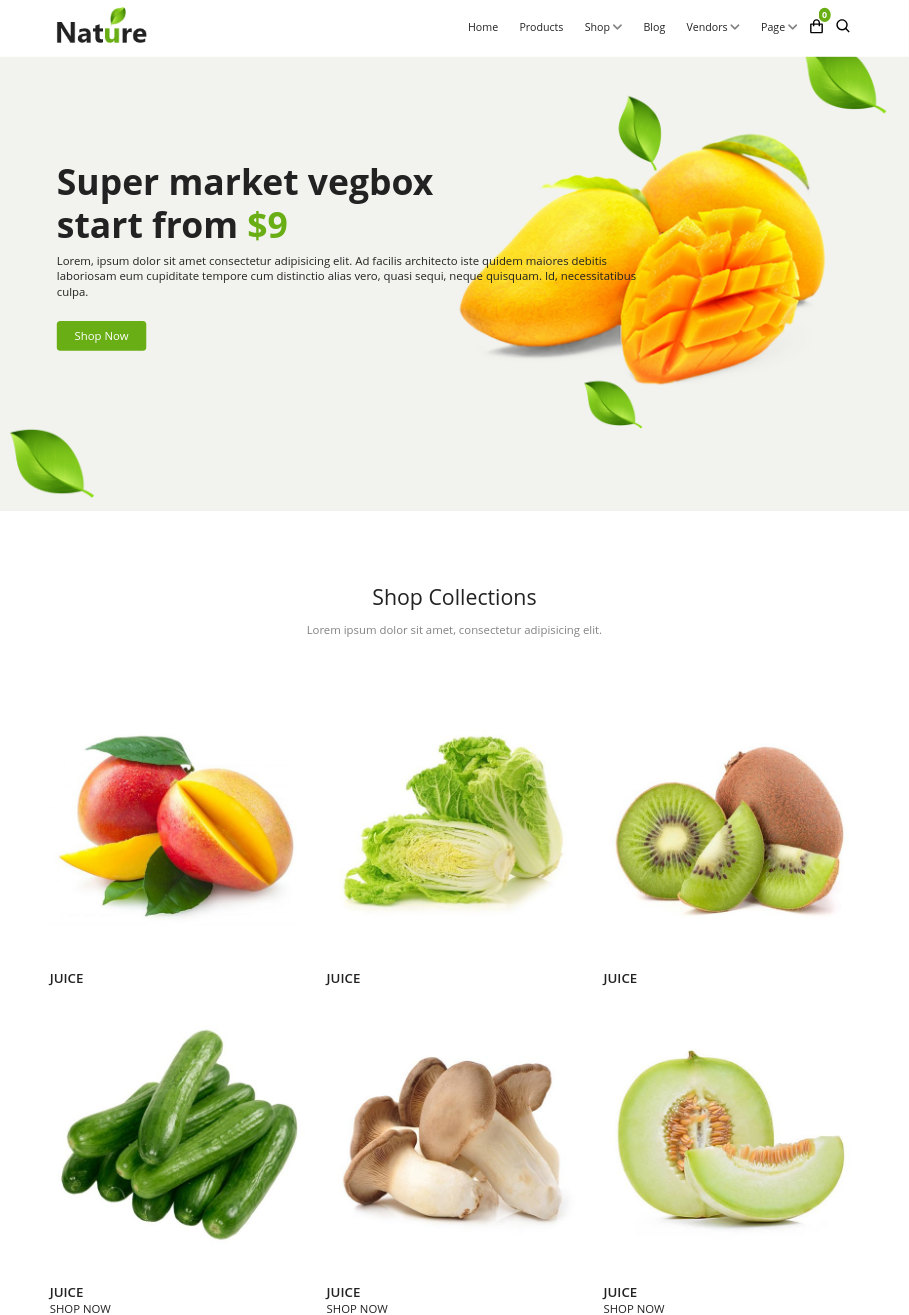
Repository: hoanggiainfomation/hoanggiainfomation.github.io
Page: index.html
These files come from the project's save history. The page is drawn as it stood at one moment and after the next save; the edit follows.
The browser window is 1280 px wide. The pictures show the whole page, at 71% of full size.
Some web libraries are served in a nearby version.

Above is the page before, as saved 2021-08-17 20:12:32.

### index.html
<!DOCTYPE html>
<html lang="en">
  <head>
    <meta charset="UTF-8" />
    <meta name="viewport" content="width=device-width, initial-scale=1.0" />
    <!-- Favicon -->
    <link rel="shortcut icon" href="./images/favicon.png" type="image/png" />
    <!-- Font Awesome -->
    <link
      rel="stylesheet"
      href="https://cdnjs.cloudflare.com/ajax/libs/font-awesome/5.15.1/css/all.min.css"
    />
    <!-- ======== Swiper Js ======= -->
    <link
      rel="stylesheet"
      href="https://cdnjs.cloudflare.com/ajax/libs/Swiper/6.7.5/swiper-bundle.min.css"
    />

    <!-- Boxicons -->
    <link
      href="https://unpkg.com/boxicons@2.0.8/css/boxicons.min.css"
      rel="stylesheet"
    />
    <!-- Custom StyleSheet -->
    <link rel="stylesheet" href="./styles.css" />
    <title>Codevo - Ecommerce Website</title>
  </head>
  <body>
    <!-- Navigation -->
    <nav class="nav">
      <div class="wrapper container">
        <div class="logo">
          <a href="">
            <img src="./images/logo.png" alt="" />
          </a>
        </div>
        <ul class="nav-list show">
          <div class="top">
            <label for="" class="btn close-btn"
              ><i class="fas fa-times"></i
            ></label>
          </div>
          <li><a href="index.html">Home</a></li>
          <li><a href="products.html">Products</a></li>
          <li>
            <a href="" class="desktop-item"
              >Shop <span><i class="fas fa-chevron-down"></i></span
            ></a>
            <input type="checkbox" id="showMega" />
            <label for="showMega" class="mobile-item"
              >Shop <span><i class="fas fa-chevron-down"></i></span
            ></label>
            <div class="mega-box">
              <div class="content">
                <div class="row">
                  <img src="./images/nav.png" alt="" />
                </div>
                <div class="row">
                  <header>Shop Layout</header>
                  <ul class="mega-links">
                    <li><a href="#">Shop With Background</a></li>
                    <li><a href="#">Shop Mini Categories</a></li>
                    <li><a href="#">Shop Only Categories</a></li>
                    <li><a href="#">Shop Icon Categories</a></li>
                  </ul>
                </div>
                <div class="row">
                  <header>Filter Layout</header>
                  <ul class="mega-links">
                    <li><a href="#">Sidebar</a></li>
                    <li><a href="#">Filter Default</a></li>
                    <li><a href="#">Filter Drawer</a></li>
                    <li><a href="#">Filter Dropdown</a></li>
                  </ul>
                </div>
                <div class="row">
                  <header>Product Layout</header>
                  <ul class="mega-links">
                    <li><a href="#">Layout Zoom</a></li>
                    <li><a href="#">Layout Sticky</a></li>
                    <li><a href="#">Layout Sticky 2</a></li>
                    <li><a href="#">Layout Scroll</a></li>
                  </ul>
                </div>
              </div>
            </div>
          </li>
          <li><a href="">Blog</a></li>
          <li>
            <a href="" class="desktop-item"
              >Vendors <span><i class="fas fa-chevron-down"></i></span
            ></a>
            <input type="checkbox" id="showdrop1" />
            <label for="showdrop1" class="mobile-item"
              >Vendors <span><i class="fas fa-chevron-down"></i></span
            ></label>
            <ul class="drop-menu1">
              <li><a href="">Vendor Store listings</a></li>
              <li><a href="">Store Details</a></li>
            </ul>
          </li>

          <li>
            <a href="" class="desktop-item"
              >Page <span><i class="fas fa-chevron-down"></i></span
            ></a>
            <input type="checkbox" id="showdrop2" />
            <label for="showdrop2" class="mobile-item"
              >Page <span><i class="fas fa-chevron-down"></i></span
            ></label>
            <ul class="drop-menu2">
              <li><a href="">About</a></li>
              <li><a href="">Contact</a></li>
              <li><a href="">Faq</a></li>
              <li><a href="">Page 404</a></li>
            </ul>
          </li>
          <!-- icons -->
          <li class="icons">
            <a href="cart.html">
              <span>
                <img src="./images/shoppingBag.svg" alt="" />
                <small class="count d-flex">0</small>
              </span>
            </a>
            <span><img src="./images/search.svg" alt="" /></span>
          </li>
        </ul>
        <label for="" class="btn open-btn"><i class="fas fa-bars"></i></label>
      </div>
    </nav>
    <!-- Hero -->
    <div class="hero">
      <div class="row">
        <!-- Swiper -->
        <div class="swiper-container slider-1">
          <div class="swiper-wrapper">
            <div class="swiper-slide">
              <img src="./images/hero-1.png" alt="" />
              <div class="content">
                <h1>
                  Super market vegbox
                  <br />
                  start from
                  <span>$9</span>
                </h1>
                <p>
                  Lorem, ipsum dolor sit amet consectetur adipisicing elit. Ad
                  facilis architecto iste quidem maiores debitis laboriosam eum
                  cupiditate tempore cum distinctio alias vero, quasi sequi,
                  neque quisquam. Id, necessitatibus culpa.
                </p>
                <a href="">Shop Now</a>
              </div>
            </div>
            <div class="swiper-slide">
              <img src="./images/hero-2.png" alt="" />
              <div class="content">
                <h1>
                  You first Order
                  <br />
                  start from
                  <span>20% off</span>
                  at Juice
                </h1>
                <p>
                  Lorem, ipsum dolor sit amet consectetur adipisicing elit. Ad
                  facilis architecto iste quidem maiores debitis laboriosam eum
                  cupiditate tempore cum distinctio alias vero, quasi sequi,
                  neque quisquam. Id, necessitatibus culpa.
                </p>
                <a href="">Shop Now</a>
              </div>
            </div>
            <div class="swiper-slide">
              <img src="./images/hero-3.png" alt="" />
              <div class="content">
                <h1>
                  Super market vegbox
                  <br />
                  start from
                  <span>$9</span>
                </h1>
                <p>
                  Lorem, ipsum dolor sit amet consectetur adipisicing elit. Ad
                  facilis architecto iste quidem maiores debitis laboriosam eum
                  cupiditate tempore cum distinctio alias vero, quasi sequi,
                  neque quisquam. Id, necessitatibus culpa.
                </p>
                <a href="">Shop Now</a>
              </div>
            </div>
          </div>
          <!-- <div class="swiper-button-next"></div>
        <div class="swiper-button-prev"></div> -->
        </div>
      </div>
      <!-- Carousel Navigation -->
      <div class="arrows d-flex">
        <div class="swiper-prev d-flex">
          <i class="bx bx-chevrons-left swiper-icon"></i>
        </div>
        <div class="swiper-next d-flex">
          <i class="bx bx-chevrons-right swiper-icon"></i>
        </div>
      </div>
    </div>
    <!-- Collertions -->
    <section class="section collection">
      <div class="title">
        <h2>Shop Collections</h2>
        <span>Lorem ipsum dolor sit amet, consectetur adipisicing elit.</span>
      </div>
      <div class="collection-layout container">
        <div class="collection-item">
          <img src="./images/product-1.jpg" alt="" />
          <div class="collection-content">
            <h3>JUICE</h3>
            <a href="">SHOP NOW</a>
          </div>
        </div>
        <div class="collection-item">
          <img src="./images/product-2.jpg" alt="" />
          <div class="collection-content">
            <h3>JUICE</h3>
            <a href="">SHOP NOW</a>
          </div>
        </div>
        <div class="collection-item">
          <img src="./images/product-3.jpg" alt="" />
          <div class="collection-content">
            <h3>JUICE</h3>
            <a href="">SHOP NOW</a>
          </div>
        </div>
        <div class="collection-item">
          <img src="./images/product-4.jpg" alt="" />
          <div class="collection-content">
            <h3>JUICE</h3>
            <a href="">SHOP NOW</a>
          </div>
        </div>
        <div class="collection-item">
          <img src="./images/product-5.jpg" alt="" />
          <div class="collection-content">
            <h3>JUICE</h3>
            <a href="">SHOP NOW</a>
          </div>
        </div>
        <div class="collection-item">
          <img src="./images/product-6.jpg" alt="" />
          <div class="collection-content">
            <h3>JUICE</h3>
            <a href="">SHOP NOW</a>
          </div>
        </div>
      </div>
    </section>
    <!-- ======== SwiperJS ======= -->
    <script src="https://cdnjs.cloudflare.com/ajax/libs/Swiper/6.7.5/swiper-bundle.min.js"></script>
    <!-- Custom Scripts -->
    <script src="./js/slider.js"></script>
    <script src="./js/index.js"></script>
  </body>
</html>

### styles.css
:root {
  --primary: #69ae14;
  --white: #fff;
  --black: #222;
  --grey1: #3a3b3c;
  --grey2: #828282;
}

*,
*::before,
*::after {
  margin: 0;
  padding: 0;
  box-sizing: inherit;
}

@import url("https://fonts.googleapis.com/css2?family=Open+Sans:wght@400;600;700&display=swap");

html {
  box-sizing: border-box;
  font-size: 62.5%;
}

body {
  font-family: "Open Sans", sans-serif;
  font-size: 1.6rem;
  background-color: var(--white);
  color: var(--black);
  font-weight: 400;
}

h1,
h2,
h3,
h4,
h5 {
  font-weight: 600;
}

a {
  text-decoration: none;
  color: inherit;
}

li {
  list-style: none;
}

.container {
  max-width: 114rem;
  margin: 0 auto;
}

@media (max-width: 1200px) {
  .container {
    padding: 0 3rem;
  }
}

@media (max-width: 768px) {
  .container {
    max-width: 60rem;
  }
}

.d-flex {
  display: flex;
  align-items: center;
}

nav {
  position: fixed;
  top: 0;
  left: 0;
  width: 100%;
  z-index: 999;
  background-color: var(--white);
  height: 8rem;
  line-height: 8rem;
}

.nav.fix-nav {
  width: 100%;
  box-shadow: 0 5px 15px rgba(0, 0, 0, 0.3);
  z-index: 999;
}

nav .wrapper {
  display: flex;
  align-items: center;
  justify-content: space-between;
  position: relative;
  height: 100%;
}

.wrapper .logo {
  height: 100%;
}

.wrapper .logo a {
  display: flex;
  align-items: center;
  justify-content: center;
  height: 100%;
}

.wrapper .nav-list {
  display: inline-flex;
}

.nav-list li i {
  color: var(--grey2);
}
/* .nav-list li i::after {
  content: "";
  position: absolute;
  top: 0;
  right: 0;
  width: 10px;
  height: 10px;
} */

.nav-list a {
  color: var(--black);
  font-size: 1.5rem;
  padding: 0.9rem 1.5rem;
  border-radius: 0.5rem;
  transition: all 300ms ease;
}

.nav-list li a:hover {
  color: var(--primary);
}

.nav-list .drop-menu1,
.nav-list .drop-menu2 {
  box-shadow: 0 0 2px rgba(0, 0, 0, 0.1);
  width: 20rem;
  top: 8.5rem;
  line-height: 4.5rem;
  position: absolute;
  background-color: var(--white);
  opacity: 0;
  visibility: hidden;
  transition: all 300ms ease;
}

.nav-list .drop-menu1 li a,
.nav-list .drop-menu2 li a {
  display: block;
  font-size: 1.5rem;
  width: 100%;
  padding: 0 0 0 1.5rem;
  border-radius: 0;
  color: var(--grey2);
}

.nav-list .drop-menu1 li a:hover,
.nav-list .drop-menu2 li a:hover {
  color: var(--primary);
}

.nav-list li:hover .drop-menu1,
.nav-list li:hover .drop-menu2,
.nav-list li:hover .mega-box {
  opacity: 1;
  visibility: visible;
  top: 6.5rem;
}

.mega-box {
  box-shadow: 0 0 2px rgba(0, 0, 0, 0.1);
  position: absolute;
  top: 8.5rem;
  left: 0;
  width: 100%;
  padding: 0 3rem;
  background-color: var(--white);
  opacity: 0;
  visibility: hidden;
  transition: all 300ms ease;
}

.mega-box .content {
  padding: 2.5rem 2rem;
  display: flex;
  width: 100%;
  justify-content: space-between;
}

.mega-box .content .row {
  width: calc(25% - 3rem);
  line-height: 4.5rem;
}

.content .row img {
  width: 100%;
  height: 100%;
  object-fit: cover;
}

.content .row header {
  font-size: 1.6rem;
  font-weight: 700;
  color: var(--grey1);
}

.content .row .mega-links {
  border-left: 1px solid rgba(255, 255, 255, 0.09);
  margin-left: -4rem;
}

.content .row li {
  padding: 0 2rem;
}

.content .row li a {
  padding: 0 2rem;
  display: block;
  font-size: 1.5rem;
  color: var(--grey2);
}

.content .row li a:hover {
  color: var(--primary);
}

.nav-list .mobile-item {
  display: none;
}

.nav-list input {
  display: none;
}

.wrapper .btn {
  color: var(--white);
  font-size: 2rem;
  cursor: pointer;
  display: none;
}

.nav-list .icons span {
  display: inline-block;
  margin: 0.5rem 1rem 0 0;
  position: relative;
}

.nav-list .icons a {
  padding: 0;
  display: inline-block;
}

.nav-list .icons .count {
  justify-content: center;
  position: absolute;
  top: 0.8rem;
  right: -0.8rem;
  background-color: var(--primary);
  height: 2rem;
  padding: 0.5rem;
  color: var(--white);
  font-weight: 700;
  border-radius: 50%;
}

@media (max-width: 968px) {
  .wrapper .nav-list {
    position: fixed;
    top: 0;
    left: -100%;
    height: 100%;
    width: 100%;
    max-width: 35rem;
    background-color: var(--white);
    display: block;
    overflow-y: auto;
    line-height: 5rem;
    box-shadow: 0 1.5rem 1.5rem rgba(0, 0, 0, 0.1);
    transition: all 300ms linear;
  }

  .wrapper .nav-list.show {
    left: 0;
  }

  .nav-list li {
    margin: 1.5rem 1rem;
  }

  .nav-list a {
    display: block;
    font-size: 1.8rem;
    padding: 0 2rem;
    color: var(--black);
  }

  .nav-list .drop-menu1,
  .nav-list .drop-menu2 {
    position: static;
    opacity: 1;
    visibility: visible;
    top: 6.5rem;
    padding-left: 2rem;
    width: 100%;
    max-height: 0;
    overflow: hidden;
  }

  #showdrop1:checked ~ .drop-menu1,
  #showdrop2:checked ~ .drop-menu2,
  #showMega:checked ~ .mega-box {
    max-height: 100%;
  }

  .nav-list .drop-menu1 li,
  .nav-list .drop-menu2 li {
    margin: 0;
  }

  .nav-list .drop-menu1 li a,
  .nav-list .drop-menu2 li a {
    color: var(--grey2);
    font-size: 1.5rem;
  }

  .nav-list .desktop-item {
    display: none;
  }

  .nav-list .mobile-item {
    display: block;
    font-size: 1.8rem;
    padding-left: 2rem;
    color: var(--black);
    cursor: pointer;
    border-radius: 0.5rem;
  }

  .nav-list .mobile-item:hover {
    color: var(--primary);
  }

  .mega-box {
    position: static;
    top: 6.5rem;
    padding: 0 2rem;
    opacity: 1;
    visibility: visible;
    max-height: 0;
    overflow: hidden;
    transition: all 300ms ease;
  }

  .mega-box .content {
    flex-direction: column;
    padding: 2rem 2rem 0 2rem;
  }

  .mega-box .content .row {
    width: 100%;
    border-top: 1px solid rgba(255, 255, 255, 0.09);
    margin-bottom: 1.5rem;
  }

  .content .row:nth-child(1),
  .content .row:nth-child(2) {
    border-top: 0;
  }

  .content .row .mega-links {
    border-left: 0;
    padding-left: 2rem;
  }

  .row .mega-links li {
    margin: 0;
  }

  .wrapper .btn {
    display: block;
    color: var(--black);
  }

  .nav-list .top {
    position: relative;
    display: block;
    background-color: var(--primary);
    width: 100%;
    height: 8rem;
  }

  .nav-list .close-btn {
    position: absolute;
    top: 1.5rem;
    right: 2.5rem;
    color: var(--white);
  }

  .nav-list .icons {
    padding-left: 2rem;
  }
}
/* Hero */
.hero {
  height: 100vh;
  position: relative;
  overflow: hidden;
}

.swiper-container,
.hero .row {
  width: 100%;
  height: 100%;
}

.hero .row {
  position: relative;
}

.hero .row img {
  height: 100%;
  width: 100%;
  object-fit: cover;
}

.hero .row .content {
  position: absolute;
  top: 50%;
  left: 80px;
  transform: translateY(-50%);
}

.hero .row .content h1 {
  line-height: 1.2;
  font-size: 5rem;
  font-weight: 700;
}

.hero .row .content span {
  color: var(--primary);
}

.hero .row .content p {
  margin: 1rem 0 1rem;
  width: 70%;
}

.hero .row .content a {
  display: inline-block;
  color: var(--white);
  background-color: var(--primary);
  border-radius: 5px;
  padding: 1rem 2.5rem;
  margin-top: 2rem;
}

.swiper-slide-active .content h1 {
  animation: movebottom 1s ease-in-out;
}

.swiper-slide-active .content a {
  animation: movetop 1s ease-in-out;
}

.swiper-slide-active .content p {
  animation: moveleft 1s ease-in-out;
}
@keyframes movebottom {
  0% {
    transform: translateY(-100px);
    opacity: 0;
  }
  100% {
    transform: translateY(0px);
    opacity: 1;
  }
}
@keyframes movetop {
  0% {
    transform: translateY(-100px);
    opacity: 0;
  }
  100% {
    transform: translateY(0px);
    opacity: 1;
  }
}
@keyframes moveleft {
  0% {
    transform: translateX(-100px);
    opacity: 0;
  }
  100% {
    transform: translateX(0px);
    opacity: 1;
  }
}
.hero .arrows {
  position: absolute;
  top: 50%;
  transform: translateY(-50%);
  width: 100%;
  z-index: 10;
  visibility: hidden;
  transition: all 500ms ease-in-out;
}
.hero:hover .arrows {
  visibility: visible;
  opacity: 1;
}
.arrows .swiper-prev,
.arrows .swiper-next {
  position: absolute;
  padding: 0.5rem 0.7rem;
  background-color: var(--primary);
  border-radius: 5px;
  color: var(--white);
  cursor: pointer;
}
.arrows .swiper-prev {
  left: 20px;
}
.arrows .swiper-next {
  right: 20px;
}
@media screen and (max-width: 567px) {
  .hero .row .content {
    left: 20px;
  }
  .hero .row .content h1 {
    font-size: 3rem;
  }
  .hero .row .content p {
    width: 80%;
  }
}
/* Collection */
section {
  padding: 10rem 0 5rem 0;
  overflow: hidden;
}
section .title {
  text-align: center;
  margin-bottom: 5rem;
}
section .title h2 {
  font-size: 3rem;
  font-weight: 400;
  margin-bottom: 1.5rem;
}
section .title span {
  color: var(--grey2);
}
.collection-layout {
  display: grid;
  grid-template-columns: repeat(3, 1fr);
  gap: 3rem;
}
.collection-item {
}
.collection-item img {
  object-fit: cover;
  height: 100%;
  width: 100%;
  transition: all 500ms ease-in-out;
}

### js/slider.js
const swiper1 = new Swiper(".slider-1", {
  autuplay: {
    delay: 3500,
    disableOnInteraction: false,
  },
  grapbCursor: true,
  effect: "fade",
  loop: true,
  navigator: {
    nextEl: ".swiper-next",
    pervEl: ".swiper-prev",
  },
});

### js/index.js
const openNav = document.querySelector(".open-btn");
const closeNav = document.querySelector(".close-btn");
const menu = document.querySelector(".nav-list");

openNav.addEventListener("click", () => {
  menu.classList.add("show");
});
closeNav.addEventListener("click", () => {
  menu.classList.remove("show");
});

After the next save:
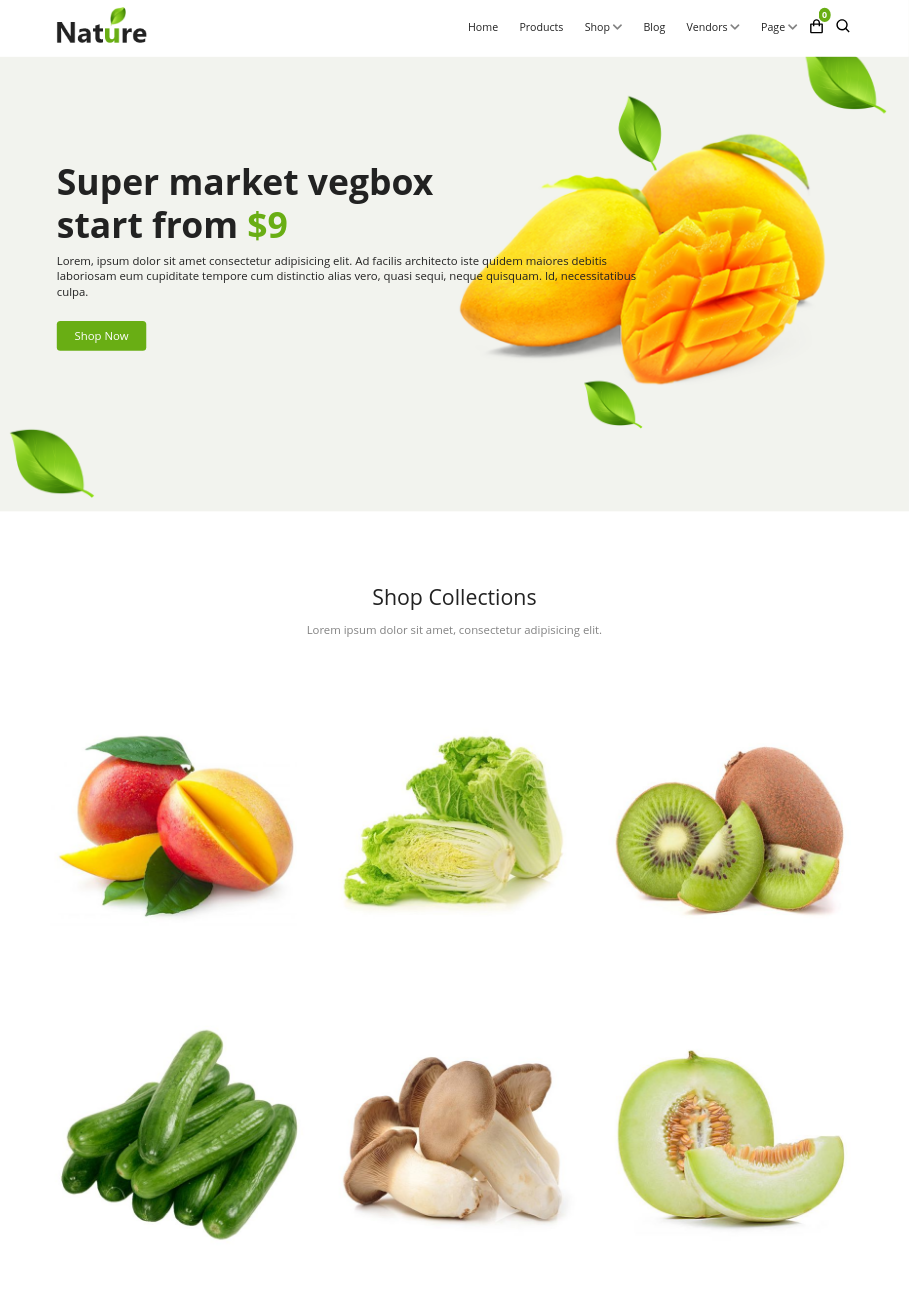
Saved 31 s later.
--- a/styles.css
+++ b/styles.css
@@ -558,6 +558,9 @@
   gap: 3rem;
 }
 .collection-item {
+  position: relative;
+  overflow: hidden;
+  z-index: 0;
 }
 .collection-item img {
   object-fit: cover;

After the save that followed:
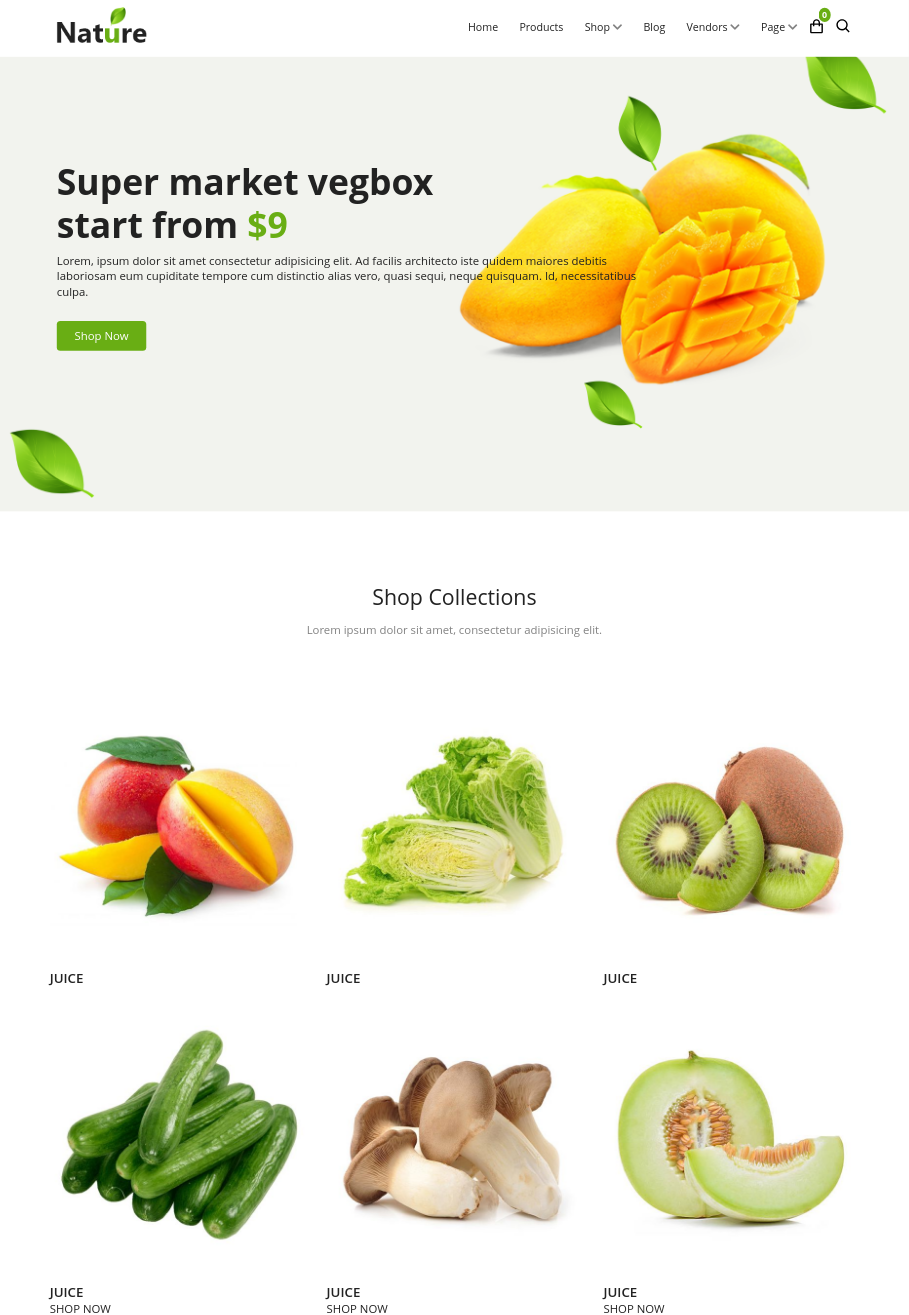
Saved 15 s later.
--- a/styles.css
+++ b/styles.css
@@ -558,9 +558,9 @@
   gap: 3rem;
 }
 .collection-item {
-  position: relative;
+  /* position: relative;
   overflow: hidden;
-  z-index: 0;
+  z-index: 0; */
 }
 .collection-item img {
   object-fit: cover;
